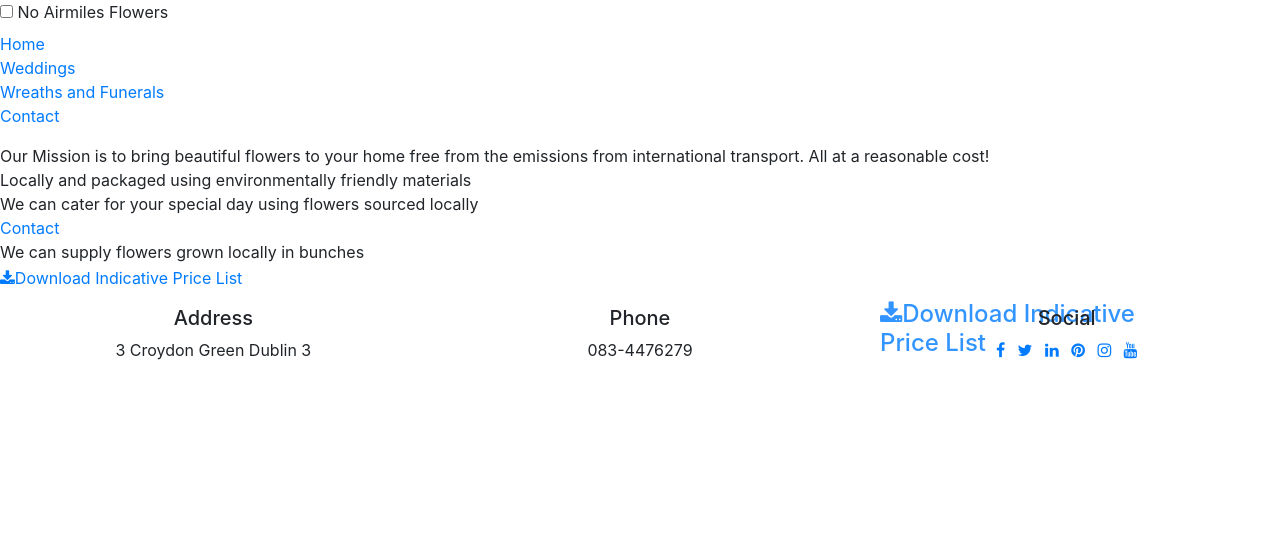
Repository: ConorTC1990/Flowers
Page: weddings.html
The author's editor kept a record of every edit. The page is drawn from the files as they stood at one moment, then again after the next edit.
The browser window is 1280 px wide. The pictures show the whole page.
Some web libraries are served in a nearby version.

Above is the page before.

### weddings.html
<!DOCTYPE html>
<html lang="en">

<head>
    <meta charset="UTF-8">
    <meta name="viewport" content="width=device-width, initial-scale=1.0">
    <meta http-equiv="X-UA-Compatible" content="ie=edge">
    <link rel="stylesheet" href="https://maxcdn.bootstrapcdn.com/bootstrap/4.2.1/css/bootstrap.min.css" type="text/css" />
    <link rel="stylesheet" href="https://maxcdn.bootstrapcdn.com/font-awesome/4.7.0/css/font-awesome.min.css" type="text/css" />
    <link rel="stylesheet" href="https://cdnjs.cloudflare.com/ajax/libs/hover.css/2.1.1/css/hover-min.css" type="text/css" />
    <link rel="stylesheet" href="assets/css/style.css">
    <title>No Airmiles Flowers</title>
</head>
<body>
<div class="collapsible-menu">
            <input type="checkbox" id="menu">
            <label for="menu">No Airmiles Flowers</label>
            <div class="menu-content">
                <ul>
                    <li><a href="index.html">Home</a></li>
                    <li><a href="weddings.html">Weddings</a></li>
                    <li><a href="wreaths.html">Wreaths and Funerals</a></li>
                    <li><a href="contactform.html">Contact</a></li>

                </ul>
            </div>
        </div>


   <div class="WeddingsBackground">
         <h4 class="callout">
            This is your day, remember everything is bespoke! We can ascertain what works for you best
        </h4>
    <h4 class="callout2">
            We will meet you at the venue in order to help you decide what works best for you on your budget
        </h4>
         <h4 class="callout3">
           <a href="assets/Indicative_Price_List.pdf" target="_blank" class="hvr-sweep-to-bottom"><i class="fa fa-download" aria-hidden="true"></i><span>Download Indicative Price List</span></a>
        </h4>
        </div>

       <div class="videoclass2weddings">

		        <ul>
		            <li> Our Mission is to bring beautiful flowers to your home free from the emissions from international transport. All at a reasonable cost!</li>
		            <li> Locally and packaged using environmentally friendly materials</li>
		            <li>We can cater for your special day using flowers sourced locally</li>
		            <li><a href="contactform.html">Contact</a></li>
		            <li>We can supply flowers grown locally in bunches</li>
		            <li><a href="assets/Indicative_Price_List.pdf" target="_blank" class="hvr-sweep-to-bottom"><i class="fa fa-download" aria-hidden="true"></i><span>Download Indicative Price List</span></a></li>
		        </ul>
		    </div>
		</div>



<footer class="container-fluid wreathfooter">
        <div id="footer-details" class="row">
            <div class="col-sm-4">
                <h5 class="uppercase general-sub">Address</h5>
                <p class="inline-block">
                    3 Croydon Green
                    Dublin 3
                </p>
            </div>
            <div class="col-sm-4">
                <h5 class="uppercase general-sub">Phone</h5>
                <p class="inline-block">
                    083-4476279


                </p>
            </div>
            <div class="col-sm-4">
                <h5 class="uppercase general-sub">Social</h5>
                <ul class="list-inline social-links">
                    <li class="list-inline-item">
                        <a target="_blank" href="#">
                            <i class="fa fa-facebook" aria-hidden="true"></i>
                            <span class="sr-only">Facebook</span>
                        </a>
                    </li>
                    <li class="list-inline-item">
                        <a target="_blank" href="#">
                            <i class="fa fa-twitter" aria-hidden="true"></i>
                            <span class="sr-only">Twitter</span>
                        </a>
                    </li>
                    <li class="list-inline-item">
                        <a target="_blank" href="#">
                            <i class="fa fa-linkedin" aria-hidden="true"></i>
                            <span class="sr-only">LinkedIn</span>
                        </a>
                    </li>
                    <li class="list-inline-item">
                        <a target="_blank" href="#">
                            <i class="fa fa-pinterest" aria-hidden="true"></i>
                            <span class="sr-only">Pinterest</span>
                        </a>
                    </li>
                    <li class="list-inline-item">
                        <a target="_blank" href="#">
                            <i class="fa fa-instagram" aria-hidden="true"></i>
                            <span class="sr-only">Instagram</span>
                        </a>
                    </li>
                    <li class="list-inline-item">
                        <a target="_blank" href="#">
                            <i class="fa fa-youtube" aria-hidden="true"></i>
                            <span class="sr-only">YouTube</span>
                        </a>
                    </li>
                </ul>
            </div>
        </div>


    </footer>

</body>

</html>

### assets/css/style.css
@import url('https://fonts.googleapis.com/css?family=Roboto:100,200,300,400,500,600,700|Exo:100,200,300,400,500,600,700');
.mission {
	text-transform: uppercase;
	color: green;
}


/* up for deletion*/

@media (min-width: 1200px) .container {
	max-width: 100%;
}

@media (min-width: 992px) .container {
	max-width: 100%;
}

@media (min-width: 768px) .container {
	max-width: 100%;
}

@media (min-width: 576px) .container {
	max-width: 100%;
}


/* up for deletion*/


}

/* up for deletion*/
*,
*:before,
*:after {
	-webkit-box-sizing: border-box;
	-moz-box-sizing: border-box;
	box-sizing: border-box;
}
* {
	margin: 0;
	padding: 0;
}
* {
	margin: 0;
	padding: 0;
}
*,
 ::after,
 ::before {
	box-sizing: border-box;
}

}
.title {
	text-align: center;
	color: white;
}
h3 {
	text-transform: uppercase;
	text-align: center;
	color: green;
	background-color: #FF00FF;
	resize: both;
}

/* Buttons*/
.button {
	background-color: #7CFC00;
	text-align: center;
	color: white;
	width: 25%;
	transition-duration: .9s;
	transition-timing-function: ease-in-out;
	z-index: 1;
}
.button:hover {
	background-color: white;
	color: #7CFC00;
}
a:hover {
	background-color: white;
	color: #7CFC00;
}
.sr-only {
	color: white
}
.list-inline-item {
	color: white
}
.infoclass {
	background-color: transparent;
}
#myVideo {
	position: center;
	width: 100%;
	min-height: 100%;
	padding-bottom: 0px;
	padding-right: 0px;
	padding-left: 0px;
}
.col-sm-4 {
	text-align: center;
	border-color: #FF00FF;
}

/* Callout box - fixed position at the bottom of the page */
.callout {
	position:fixed;
	top: 100px;
	right: 100px;
	margin-left: 20px;
	max-width: 300px;
	color: white;
	opacity: 0.8;
}
.callout2 {
	position:fixed;
	top: 500px;
	right: 100px;
	margin-left: 20px;
	max-width: 300px;
	color: white;
	opacity: 0.8;
}
.callout3 {
	position:fixed;
	top: 300px;
	right: 100px;
	margin-left: 250px;
	max-width: 300px;
	color: white;
	opacity: 0.8;
}

/* up for deletion*/
.callout-header {
	padding: 25px 15px;
	background: #555;
	font-size: 30px;
	color: white;
	opacity: 0.8;
}.callout-header {
	padding: 25px 15px;
	background: #555;
	font-size: 30px;
	color: white;
	opacity: 0.8;
}
.col-sm-4 {
	border-color: #FF00FF;
	padding-left: 0px;
	padding-right: 0px;
}
.container-fluid {
	alignment-baseline: text-after-edge;
	border:none;
}
.sticky {
	position: static;
	top: 0;
}
body {
	background-color: white;
	padding-left: 0px;
	padding-right: 0px;
}
.list-inline-item {
	text-align: right;
	border-color: black;
}
.address {
	text-align: right;
}
head {
	z-index: 1;
	border-collapse: collapse;
	border-color: white;
}

/* -------------- Navbar --------------- */

/* to keep Navbar in place*/


/* Page content */
.content {
	padding: 16px;
}
}
.stickytitle {
	position: fixed;
	top: 0px;
	width: 100%;
	height: 35px;
	z-index: 1;
}

/* Add some top padding to the page content to prevent sudden quick movement (as the navigation bar gets a new position at the top of the page (position:fixed and top:0) */
.sticky+.content {
	padding-top: 60px;
/* The sticky class is added to the navbar with JS when it reaches its scroll position */
.sticky {
	position: fixed;
	top: 35px;
	width: 100%;
}
.stickytitle {
	position: fixed;
	top: 0px;
	width: 100%;
	height: 35px;
	z-index: 1;
}

/* Add some top padding to the page content to prevent sudden quick movement (as the navigation bar gets a new position at the top of the page (position:fixed and top:0) */
.sticky+.content {
	padding-top: 60px;
}
.general-sub {
	background-color: black;
container-fluid sticky {
	padding-bottom: 1000px;
}
	border-color: black;
	padding-left: 0px;
	padding-right: 0px;
	padding-top: 0px;
}
.list-inline-item {
	color: white
}
title sticky {
	top: 25px
}
.buttonsticky {
	padding-right: 25px
}
.footerpin {
	position: bottom 35px
}
container-fluid sticky {
	padding-bottom: 1000px;
}

/* Footer Styles */
.social-links li a i {
	width: 32px;
	height: 32px;
	padding: 12px 0;
	border-radius: 50%;
	font-size: 13px;
	line-height: 7px;
	text-align: center;
	color: white;
	background: black;
	transition: all 0.35s ease-in-out;
	-moz-transition: all 0.35s ease-in-out;
	-webkit-transition: all 0.35s ease-in-out;
	-o-transition: all 0.35s ease-in-out;
}
.social-links li a i:hover {
	background: #7CFC00;
}
footer {
	text-align: center;
	background-color: black;
	color: white;
	text-shadow: none;
	text-transform: uppercase;
	position: fixed;
	position: absolute;
	height: 25px;
	max-height: 10%;
}
.container-fluidf {
	bottom: 10px;
}

/* Wreaths */
.WreathsBackground {
	background-image: url("../images/Wreaths.JPG");
	background-repeat: no-repeat;
	background-size: cover;
	position: absolute;
	resize: both;
	min-width: 100%;
	min-height: 60%;
	max-width: 100%;
	max-height: 60%;
	padding-top: 35px;
	padding-bottom: 60px;
	padding-right: 0px;
	padding-left: 0px;
	z-index: 0;
}

/* Contact */
.ContactBackground {
	background-image: url("../images/flowers.jpg");
	position: absolute;
	resize: both;
	background-repeat: no-repeat;
	background-size: cover;
	min-width: 100%;
	min-height: 800px;
	padding-top: 35px;
	padding-bottom: 35px;
	padding-right: 0px;
	padding-left: 0px;
	z-index: 0;
}

/* ----------- Contact  form------------------*/
.form-style-1 {
	margin:10px auto;
	max-width: 400px;
	padding: 20px 12px 10px 20px;
	font: 13px "Lucida Sans Unicode",
	"Lucida Grande",
	sans-serif;
}
.form-style-1 li {
	padding: 0;
	display: block;
	list-style: none;
	margin: 10px 0 0 0;
}
.form-style-1 label {
	margin:0 0 3px 0;
	padding:0px;
	display:block;
	font-weight: bold;
}
.form-style-1 input[type=text],
.form-style-1 input[type=date],
.form-style-1 input[type=datetime],
.form-style-1 input[type=number],
.form-style-1 input[type=search],
.form-style-1 input[type=time],
.form-style-1 input[type=url],
.form-style-1 input[type=email],
textarea,
select {
	box-sizing: border-box;
	-webkit-box-sizing: border-box;
	-moz-box-sizing: border-box;
	border:1px solid #BEBEBE;
	padding: 7px;
	margin:0px;
	-webkit-transition: all 0.30s ease-in-out;
	-moz-transition: all 0.30s ease-in-out;
	-ms-transition: all 0.30s ease-in-out;
	-o-transition: all 0.30s ease-in-out;
	outline: none;
}
.form-style-1 input[type=text]:focus,
.form-style-1 input[type=date]:focus,
.form-style-1 input[type=datetime]:focus,
.form-style-1 input[type=number]:focus,
.form-style-1 input[type=search]:focus,
.form-style-1 input[type=time]:focus,
.form-style-1 input[type=url]:focus,
.form-style-1 input[type=email]:focus,
.form-style-1 textarea:focus,
.form-style-1 select:focus {
	-moz-box-shadow: 0 0 8px #88D5E9;
	-webkit-box-shadow: 0 0 8px #88D5E9;
	box-shadow: 0 0 8px #88D5E9;
	border: 1px solid #88D5E9;
}
.form-style-1 .field-divided {
	width: 49%;
}
.form-style-1 .field-long {
	width: 100%;
}
.form-style-1 .field-select {
	width: 100%;
}
.form-style-1 .field-textarea {
	height: 100px;
}
.form-style-1 input[type=submit],
.form-style-1 input[type=button] {
	background: #4B99AD;
	padding: 8px 15px 8px 15px;
	border: none;
	color: #fff;
}
.form-style-1 input[type=submit]:hover,
.form-style-1 input[type=button]:hover {
	background: #4691A4;
	box-shadow:none;
	-moz-box-shadow:none;
	-webkit-box-shadow:none;
}
.form-style-1 .required {
	color:red;
}

/* ----------- Contact  form------------------*/

/* ----------- Weddings Background------------------*/
.WeddingsBackground {
	background-image: url("../images/Weddings.PNG");
	position: fixed;
	resize: both;
	padding-top: 35px;
	padding-bottom: 35px;
	padding-right: 0px;
	padding-left: 0px;
	z-index: -1;
	max-width : 100%;
	max-height: 50%;
	min-width: 100%;
	min-height: 50%;
}

/* ----------- Weddings Background------------------*/

/* ----------- Menu Bar------------------*/
.menu-content {
	font-family: 'Oswald',
	sans-serif;
	padding: 0 0 0 50px;
}
.collapsible-menu {
	background-color: rgb(255,
	255,
	255);
	padding: 0px 30px;
	border-bottom: 3px solid #CDE700;
	box-shadow: 1px 2px 3px rgba(0,
	0,
	0,
	0.2);
	opacity: 1;
}
.collapsible-menu ul {
	list-style-type: none;
	padding: 0;
}
.collapsible-menu a {
	display:block;
	padding: 10px;
	text-decoration: none;
}
.collapsible-menu label {
	font-family: 'Sedgwick Ave Display',
	cursive;
	font-size: 40px;
	display: block;
	cursor: pointer;
	background: url(../images/menu.png) no-repeat left center;
	padding: 10px 0 10px 50px;
}
input#menu {
	display: none;
}
input:checked+label {
	background-image: url(../images/close.png);
}
.menu-content {
	max-height: 0;
	overflow: hidden;
	font-family: 'Oswald',
	sans-serif;
	padding: 0 0 0 50px;
}

/* Toggle Effect */
input:checked~label {
	background-image: url(../images/close.png);
}
input:checked~.menu-content {
	max-height: 100%;
}

/* ----------- Menu Bar------------------*/

/* ----------- Consider for Deletion------------------*/

/* test */
* {
	margin: 0;
	padding: 0;
}

/* Icon 0 */
#nav-icon0 {
	width: 30px;
	height: 35px;
	position: relative;
	margin: 50px auto;
	-webkit-transform: rotate(0deg);
	-moz-transform: rotate(0deg);
	-o-transform: rotate(0deg);
	transform: rotate(0deg);
	-webkit-transition: .5s ease-in-out;
	-moz-transition: .5s ease-in-out;
	-o-transition: .5s ease-in-out;
	transition: .5s ease-in-out;
	cursor: pointer;
}

/* Icon 2 */
#nav-icon0 {}
#nav-icon0 span {
	display: block;
	position: absolute;
	height: 2px;
	width: 50%;
	background: #000;
	opacity: 1;
	-webkit-transform: rotate(0deg);
	-moz-transform: rotate(0deg);
	-o-transform: rotate(0deg);
	transform: rotate(0deg);
	-webkit-transition: .25s ease-in-out;
	-moz-transition: .25s ease-in-out;
	-o-transition: .25s ease-in-out;
	transition: .25s ease-in-out;
}
#nav-icon0 span:nth-child(even) {
	left: 50%;
	border-radius: 0 9px 9px 0;
}
#nav-icon0 span:nth-child(odd) {
	left:0px;
	border-radius: 9px 0 0 9px;
}
#nav-icon0 span:nth-child(1),
#nav-icon0 span:nth-child(2) {
	top: 0px;
}
#nav-icon0 span:nth-child(3),
#nav-icon0 span:nth-child(4) {
	top: 10px;
}
#nav-icon0 span:nth-child(5),
#nav-icon0 span:nth-child(6) {
	top: 20px;
}
#nav-icon0.open span:nth-child(1),
#nav-icon0.open span:nth-child(6) {
	-webkit-transform: rotate(45deg);
	-moz-transform: rotate(45deg);
	-o-transform: rotate(45deg);
	transform: rotate(45deg);
}
#nav-icon0.open span:nth-child(2),
#nav-icon0.open span:nth-child(5) {
	-webkit-transform: rotate(-45deg);
	-moz-transform: rotate(-45deg);
	-o-transform: rotate(-45deg);
	transform: rotate(-45deg);
}
#nav-icon0.open span:nth-child(1) {
	left: 0px;
	top: 9px;
}
#nav-icon0.open span:nth-child(2) {
	left: calc(50% - 5px);
	top: 9px;
}
#nav-icon0.open span:nth-child(3) {
	left: -50%;
	opacity: 0;
}
#nav-icon0.open span:nth-child(4) {
	left: 100%;
	opacity: 0;
}
#nav-icon0.open span:nth-child(5) {
	left: 0px;
	top: 19px;
}
#nav-icon0.open span:nth-child(6) {
	left: calc(50% - 5px);
	top: 19px;
}

/* ----------- Consider for Deletion------------------*/
* {
	margin: 0;
	padding: 0;
}

/* Icon 1 */
#nav-icon1,
#nav-icon2,
#nav-icon3,
#nav-icon4 {
	width: 60px;
	height: 45px;
	position: relative;
	margin: 50px auto;
	-webkit-transform: rotate(0deg);
	-moz-transform: rotate(0deg);
	-o-transform: rotate(0deg);
	transform: rotate(0deg);
	-webkit-transition: .5s ease-in-out;
	-moz-transition: .5s ease-in-out;
	-o-transition: .5s ease-in-out;
	transition: .5s ease-in-out;
	cursor: pointer;
}
#nav-icon1 span,
#nav-icon3 span,
#nav-icon4 span {
	display: block;
	position: absolute;
	height: 9px;
	width: 100%;
	background: #d3531a;
	border-radius: 9px;
	opacity: 1;
	left: 0;
	-webkit-transform: rotate(0deg);
	-moz-transform: rotate(0deg);
	-o-transform: rotate(0deg);
	transform: rotate(0deg);
	-webkit-transition: .25s ease-in-out;
	-moz-transition: .25s ease-in-out;
	-o-transition: .25s ease-in-out;
	transition: .25s ease-in-out;
}
#nav-icon1 span:nth-child(1) {
	top: 0px;
}
#nav-icon1 span:nth-child(2) {
	top: 18px;
}
#nav-icon1 span:nth-child(3) {
	top: 36px;
}
#nav-icon1.open span:nth-child(1) {
	top: 18px;
	-webkit-transform: rotate(135deg);
	-moz-transform: rotate(135deg);
	-o-transform: rotate(135deg);
	transform: rotate(135deg);
}
#nav-icon1.open span:nth-child(2) {
	opacity: 0;
	left: -60px;
}
#nav-icon1.open span:nth-child(3) {
	top: 18px;
	-webkit-transform: rotate(-135deg);
	-moz-transform: rotate(-135deg);
	-o-transform: rotate(-135deg);
	transform: rotate(-135deg);
}

/* Icon 2 */
#nav-icon2 {}
#nav-icon2 span {
	display: block;
	position: absolute;
	height: 9px;
	width: 50%;
	background: #d3531a;
	opacity: 1;
	-webkit-transform: rotate(0deg);
	-moz-transform: rotate(0deg);
	-o-transform: rotate(0deg);
	transform: rotate(0deg);
	-webkit-transition: .25s ease-in-out;
	-moz-transition: .25s ease-in-out;
	-o-transition: .25s ease-in-out;
	transition: .25s ease-in-out;
}
#nav-icon2 span:nth-child(even) {
	left: 50%;
	border-radius: 0 9px 9px 0;
}
#nav-icon2 span:nth-child(odd) {
	left:0px;
	border-radius: 9px 0 0 9px;
}
#nav-icon2 span:nth-child(1),
#nav-icon2 span:nth-child(2) {
	top: 0px;
}
#nav-icon2 span:nth-child(3),
#nav-icon2 span:nth-child(4) {
	top: 18px;
}
#nav-icon2 span:nth-child(5),
#nav-icon2 span:nth-child(6) {
	top: 36px;
}
#nav-icon2.open span:nth-child(1),
#nav-icon2.open span:nth-child(6) {
	-webkit-transform: rotate(45deg);
	-moz-transform: rotate(45deg);
	-o-transform: rotate(45deg);
	transform: rotate(45deg);
}
#nav-icon2.open span:nth-child(2),
#nav-icon2.open span:nth-child(5) {
	-webkit-transform: rotate(-45deg);
	-moz-transform: rotate(-45deg);
	-o-transform: rotate(-45deg);
	transform: rotate(-45deg);
}
#nav-icon2.open span:nth-child(1) {
	left: 5px;
	top: 7px;
}
#nav-icon2.open span:nth-child(2) {
	left: calc(50% - 5px);
	top: 7px;
}
#nav-icon2.open span:nth-child(3) {
	left: -50%;
	opacity: 0;
}
#nav-icon2.open span:nth-child(4) {
	left: 100%;
	opacity: 0;
}
#nav-icon2.open span:nth-child(5) {
	left: 5px;
	top: 29px;
}
#nav-icon2.open span:nth-child(6) {
	left: calc(50% - 5px);
	top: 29px;
}

/* Icon 3 */
#nav-icon3 span:nth-child(1) {
	top: 0px;
}
#nav-icon3 span:nth-child(2),
#nav-icon3 span:nth-child(3) {
	top: 18px;
}
#nav-icon3 span:nth-child(4) {
	top: 36px;
}
#nav-icon3.open span:nth-child(1) {
	top: 18px;
	width: 0%;
	left: 50%;
}
#nav-icon3.open span:nth-child(2) {
	-webkit-transform: rotate(45deg);
	-moz-transform: rotate(45deg);
	-o-transform: rotate(45deg);
	transform: rotate(45deg);
}
#nav-icon3.open span:nth-child(3) {
	-webkit-transform: rotate(-45deg);
	-moz-transform: rotate(-45deg);
	-o-transform: rotate(-45deg);
	transform: rotate(-45deg);
}
#nav-icon3.open span:nth-child(4) {
	top: 18px;
	width: 0%;
	left: 50%;
}

/* Icon 4 */
#nav-icon4 {}
#nav-icon4 span:nth-child(1) {
	top: 0px;
	-webkit-transform-origin: left center;
	-moz-transform-origin: left center;
	-o-transform-origin: left center;
	transform-origin: left center;
}
#nav-icon4 span:nth-child(2) {
	top: 18px;
	-webkit-transform-origin: left center;
	-moz-transform-origin: left center;
	-o-transform-origin: left center;
	transform-origin: left center;
}
#nav-icon4 span:nth-child(3) {
	top: 36px;
	-webkit-transform-origin: left center;
	-moz-transform-origin: left center;
	-o-transform-origin: left center;
	transform-origin: left center;
}
#nav-icon4.open span:nth-child(1) {
	-webkit-transform: rotate(45deg);
	-moz-transform: rotate(45deg);
	-o-transform: rotate(45deg);
	transform: rotate(45deg);
	top: -3px;
	left: 8px;
}
#nav-icon4.open span:nth-child(2) {
	width: 0%;
	opacity: 0;
}
#nav-icon4.open span:nth-child(3) {
	-webkit-transform: rotate(-45deg);
	-moz-transform: rotate(-45deg);
	-o-transform: rotate(-45deg);
	transform: rotate(-45deg);
	top: 39px;
	left: 8px;
}

/* ----------- Consider for Deletion------------------*/
.container {
	padding-right: 0px;
	padding-left: 0px;
	margin-right: auto;
	margin-left: auto;
}
.videoclass {
	min-height: 100%;
	min-width: 100%;
	padding-bottom: 60px;
}
@media (max-width: 40em) {
	.videoclass {
		display: none;
	}
}
@media (max-width: 40em) {
	.WreathsBackground {
		display: none;
	}
}
@media (min-width: 40em) {
	.videoclass2paddingweddings {
		display: none;
	}
}
@media (min-width: 40em) {
	.videoclass2 {
		display: none;
	}
}
@media (min-width: 40em) {
	.videoclass2wreaths {
		display: none;
	}
}
@media (max-width: 40em) {
	.callout {
		display: none;
	}
}
@media (max-width: 70em) {
	.callout2 {
		display: none;
	}
}
@media (max-width: 40em) {
	.WeddingsBackground {
		display: none;
	}
}
@media (max-width: 40em) {
	.callout3 {
		display: none;
	}
}
.videoclass2 {
	background-image:url("../images/flowers.jpg");
	width: 100%;
	height: 100%;
	min-height: 625px;
	opacity: 1;
	text-size: 30px;
	text-transform: uppercase;
	color: white;
	list-style: circle;
	line-height:!important;
	25px;
	text-align: center;
}
.videoclass2weddings {
	background-image:url("../images/wedding flowers.jpg");
	width: 100%;
	height: 100%;
	background-repeat: no-repeat;
	background-size: cover;
	min-height: 675px;
	opacity: 1;
	text-size: 30px;
	text-transform: uppercase;
	color: black;
	list-style: circle;
	line-height:!important;
	25px;
	text-align: center;
	padding-top: 30px;
	z-index: 2;
}
.videoclass2weddings {
	padding-top: 60px
}
@media (min-width: 40em) {
	.videoclass2 {
		display: none;
	}



}
.videoclass2wreaths {
	background-image:url("../images/Wreaths.1.JPG");
	width: 100%;
	height: 100%;
	min-height: 675px;
	opacity: 1;
	text-size: 30px;
	text-transform: uppercase;
	color: white;
	list-style: circle;
	line-height:!important;
	25px;
	text-align: center;
	padding-top: 35px;
}
.videoclass2weddings {
	padding-top: 0px
}
@media (min-width: 40em) {
	.videoclass2weddings {
		display: none;
	}
}
@media (max-width: 40em) {
	h4 {
		display: none;
	}
}
.container-fluid {
	width: 100%;
	padding-right: 0px;
	padding-left: 0px;
	margin-right: auto;
	margin-left: auto;
}
.wreathfooter {
    background: fixed;
    text-align: center;
    background-color: black;
    color: gold;
    text-shadow: none;
    text-transform: uppercase;
    position: relative;
    height: 80px;
    max-height: 20%;
    bottom: 0px;
}
.general-sub {
	background-color: black;
	border-color: black;
	padding-left: 0px;
	padding-right: 0px;
	padding-top: 0px;
}
.col-sm-4 {
	text-align: center;
	/* border-color: #FF00FF; */
	background-color: black;
}
.list-inline-item {
	color: black;
}
.list-inline-item {
	text-align: right;
	border-color: black;
}


body{
  display:flex;
  flex-direction:column;
}

footer{
  margin-top:auto;
}

.informationsection{position: relative}
.wreathfooter1 {
    background: fixed;
    text-align: center;
    background-color: black;
    color: gold;
    text-shadow: none;
    text-transform: uppercase;
    position: absolute;
    height: 80px;
    max-height: 20%;
    bottom: 0px;
}

.contactfooter {

    background: fixed;
    text-align: center;
    background-color: black;
    color: gold;
    text-shadow: none;
    text-transform: uppercase;
    position: fixed;
    height: 80px;
    max-height: 20%;
    bottom: 0px;
    position: fixed;
}
}

@media (max-width: 40em) {
	.contactfooter {
		display: none;
	}

	.collapsible-menu {
    background-color: rgb(255, 255, 255);
    padding: 0px 30px;
    border-bottom: 3px solid #CDE700;
    box-shadow: 1px 2px 3px rgba(0, 0, 0, 0.2);
    opacity: 1;
    z-index: 2;
}

.ContactBackground {
    background-image: url(../images/flowers.jpg);
    position: absolute;
    resize: both;
    background-repeat: no-repeat;
    background-size: cover;
    min-width: 100%;
    min-height: 800px;
    padding-top: 120px;
    padding-bottom: 35px;
    padding-right: 0px;
    padding-left: 0px;
    z-index: 0;
}

.collapsible-menu {
    background-color: rgb(255, 255, 255);
    padding: 0px 30px;
    border-bottom: 3px solid #CDE700;
    box-shadow: 1px 2px 3px rgba(0, 0, 0, 0.2);
    opacity: 1;
    z-index: 1;
}

.contactfooter {
    background: fixed;
    text-align: center;
    background-color: black;
    color: gold;
    text-shadow: none;
    text-transform: uppercase;
    position: fixed;
    height: 75px;
    max-height: 20%;
    bottom: 0px;
    position: fixed;
    z-index: 0;
}

#informationsectionwreaths {
position: relative;
    padding-bottom: 300px;
    padding-top: 835px;
    padding-right: 35px;
    z-index: 3;
}

After the next edit:
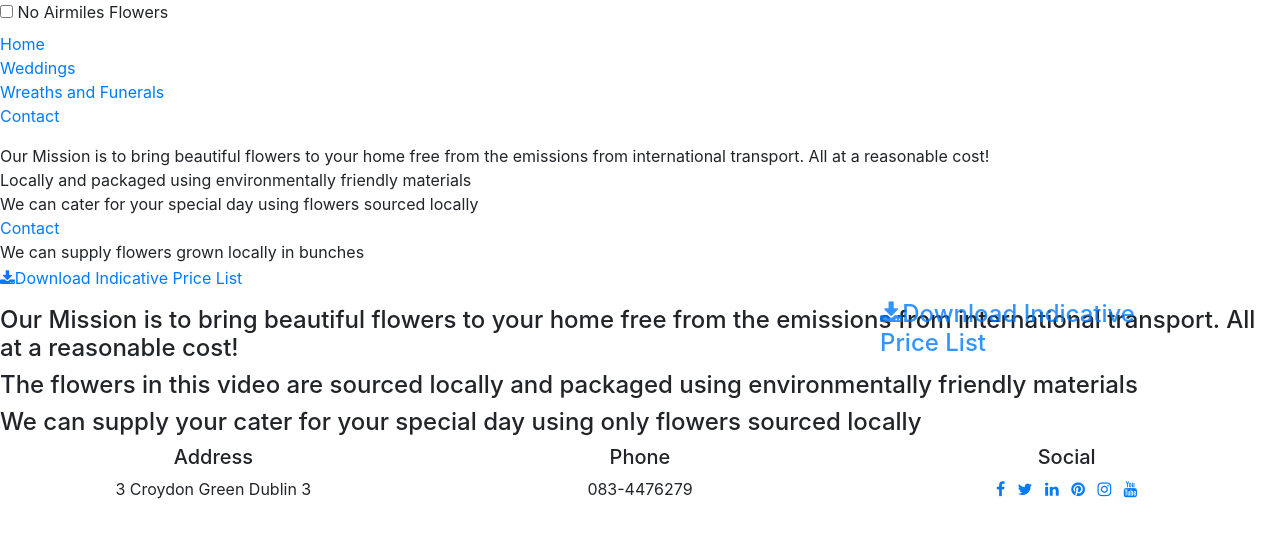
The edit:
--- a/weddings.html
+++ b/weddings.html
@@ -50,8 +50,19 @@
 		            <li><a href="assets/Indicative_Price_List.pdf" target="_blank" class="hvr-sweep-to-bottom"><i class="fa fa-download" aria-hidden="true"></i><span>Download Indicative Price List</span></a></li>
 		        </ul>
 		    </div>
-		</div>
 
+<div class="informationsection">
+		<h4>
+            Our Mission is to bring beautiful flowers to your home free from the emissions from international transport. All at a reasonable cost!
+        </h4>
+    <h4>
+           The flowers in this video are sourced locally and packaged using environmentally friendly materials
+        </h4>
+         <h4 >
+          We can supply your cater for your special day using only flowers sourced locally
+        </h4>
+
+	</div>
 
 
 <footer class="container-fluid wreathfooter">
